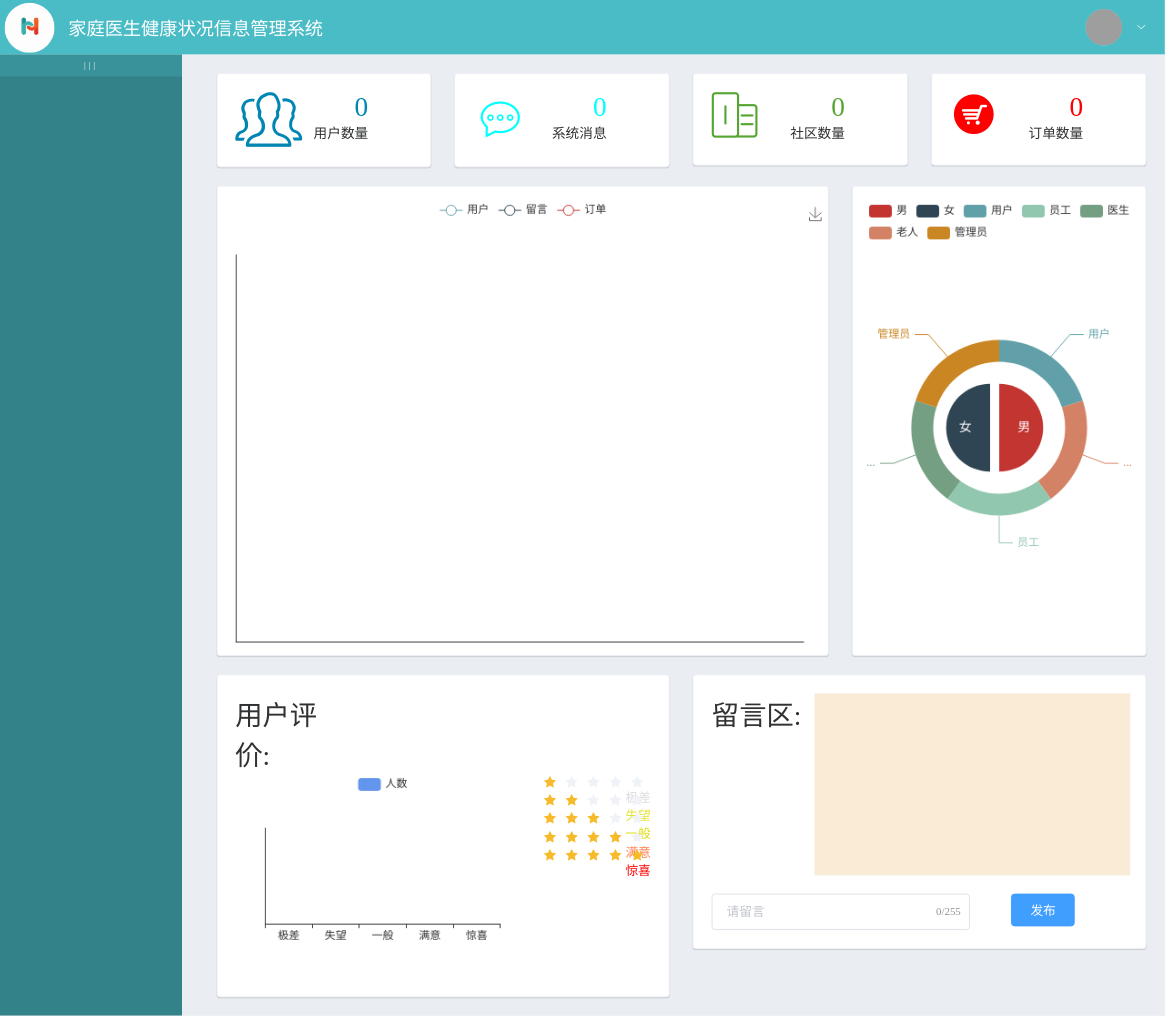
Repository: hyyBubbly/community-web-vue
Page: /#/home (app in community/)
The author's editor kept a copy of each file at every save. The page is drawn from the files as they stood at one save, then again after the next save.
The browser window is 1280 px wide. The pictures show the whole page, at 91% of full size.
Pictures or frames that could not be fetched are drawn as grey boxes. The page's requests for data from a server got no answer. The project was rebuilt for these pictures with package versions that can differ from the ones it lists, and the page was loaded fresh each time. No one was signed in, and anything a server would have sent is missing. Also part of the build but not shown: community/vue.config.js, community/src/components/Login.vue, community/src/components/User/UserList.vue, community/src/components/admin/WorkerList.vue, community/src/components/community/CommunityList.vue, community/src/components/healthfiles/HealthyData.vue, community/src/components/healthfiles/Healthiness.vue, community/src/components/User/OlderInfoList.vue and 13 more.

Above is the page before, as saved 2024-02-01 18:36:40.

### community/src/App.vue
<template>
  <div id="app">
    <router-view></router-view>
  </div>
</template>
<script>
  // export default {
  //   name: 'App',
  //   provide(){
  //     return {
  //       reload: this.reload
  //     }
  //   },
  //   data(){
  //     return {
  //       isRouterAlive: true
  //     }
  //   },
  //   methods:{
  //     reload() {
  //       this.isRouterAlive = false;
  //       this.$nextTick(function (){
  //         this.isRouterAlive = true
  //       })
  //     }
  //   }
  // }
</script>
<style>

</style>

### community/src/assets/css/global.css
/* 全局样式 */
HTML,body,#app{
	height: 100%;
	margin: 0;
	padding: 0;
}
/* 卡片区域  !important 提高样式级别*/
.el-card{
	box-shadow: 0 1px 1px rgba(0,8,10,0.15) !important;
}

/*表格样式*/
.el-table{
	margin-top: 15px;
	font-size: 12px;
	min-width: 350px;
}

### community/src/assets/font/iconfont.css
@font-face {
  font-family: "iconfont"; /* Project id 3270408 */
  src: url('iconfont.woff2?t=1652753196788') format('woff2'),
       url('iconfont.woff?t=1652753196788') format('woff'),
       url('iconfont.ttf?t=1652753196788') format('truetype');
}

.iconfont {
  font-family: "iconfont" !important;
  font-size: 16px;
  font-style: normal;
  -webkit-font-smoothing: antialiased;
  -moz-osx-font-smoothing: grayscale;
}

.icon-huoyuedu:before {
  content: "\e607";
}

.icon-xiaoqushu:before {
  content: "\e6df";
}

.icon-fangwenliang:before {
  content: "\e646";
}

.icon-duzheliuyan:before {
  content: "\e604";
}

.icon-hudongshequ:before {
  content: "\e62f";
}

.icon-huoyueshu:before {
  content: "\e702";
}

.icon-community:before {
  content: "\e61c";
}

.icon-shujujiance:before {
  content: "\e683";
}

.icon-huzhu:before {
  content: "\e778";
}

.icon-denglu:before {
  content: "\e603";
}

.icon-mima:before {
  content: "\e65c";
}

.icon-gouwuche:before {
  content: "\e600";
}

.icon-2jiankangzhishi:before {
  content: "\e622";
}

.icon-huodong:before {
  content: "\e630";
}

.icon-canyinguanli:before {
  content: "\e624";
}

.icon-huodong1:before {
  content: "\e870";
}

.icon-jiankangdanganx:before {
  content: "\e60d";
}

.icon-yiliaohuzhu:before {
  content: "\e686";
}

.icon-yonghu:before {
  content: "\e633";
}

.icon-guanliyuan:before {
  content: "\e62a";
}

.icon-guanliyuan1:before {
  content: "\e681";
}

.icon-menu_lrkh:before {
  content: "\e656";
}

.icon-shequ:before {
  content: "\e663";
}

### community/src/components/Welcome.vue
<template>
  <div style="height: 100%">
    <el-row :gutter="25" style="margin-left: 5px;">
      <el-col :span="6">
        <el-card style="height: 102px;">
			<el-col :span="6" style="height: 60px;padding: 0;">
				<i class="iconfont icon-fangwenliang" style="font-size: 60px;color: #0086B3;"></i>
			</el-col>
			<el-col :span="12" style="text-align: right;height: 55px;padding: 0;">
				<el-row>
					<span style="font-size: 30px; color: #0086B3;">{{userNumber}}</span>
				</el-row>
				<el-row>
					<span style="font-weight: 200;font-size: 15px; font-family: 楷体;">用户数量</span>
				</el-row>
			</el-col>
        </el-card>
      </el-col>
      <el-col :span="6">
        <el-card style="height: 102px;">
			<el-col :span="6" style="height: 60px;padding: 0;">
				<i class="iconfont icon-duzheliuyan" style="font-size: 60px;color:cyan;"></i>
			</el-col>
			<el-col :span="12" style="text-align: right;height: 55px;padding: 0;">
				<el-row>
					<span style="font-size: 30px; color: cyan;">{{newsNumber}}</span>
				</el-row>
				<el-row>
					<span style="font-weight: 200;font-size: 15px; font-family: 楷体;">系统消息</span>
				</el-row>
			</el-col>
        </el-card>
      </el-col>
      <el-col :span="6">
        <el-card>
			<el-col :span="6" style="height: 80px;padding: 0;">
				<i class="iconfont icon-xiaoqushu" style="font-size: 50px;color:#55A532;"></i>
			</el-col>
			<el-col :span="12" style="text-align: right;height: 55px;padding: 0;">
				<el-row>
					<span style="font-size: 30px; color: #55A532;">{{communityNumber}}</span>
				</el-row>
				<el-row>
					<span style="font-weight: 200;font-size: 15px; font-family: 楷体;">社区数量</span>
				</el-row>
			</el-col>
        </el-card>
      </el-col>
      <el-col :span="6">
        <el-card>
			<el-col :span="6" style="height: 80px;padding: 0;">
				<i class="iconfont icon-gouwuche" style="font-size: 50px;color:#FF0000;"></i>
			</el-col>
			<el-col :span="12" style="text-align: right;height: 55px;padding: 0;">
				<el-row>
					<span style="font-size: 30px; color: #FF0000;">{{orderNumber}}</span>
				</el-row>
				<el-row>
					<span style="font-weight: 200;font-size: 15px; font-family: 楷体;">订单数量</span>
				</el-row>
			</el-col>
        </el-card>
      </el-col>
    </el-row>
    <el-row :gutter="25" style="margin-top: 20px;margin-left: 5px;">
      <el-col :span="16">
        <el-card id="container" style="height: 500px;padding-top: 15px">
        </el-card>
      </el-col>
      <el-col :span = "8">
        <el-card id = "pie" style="height: 500px;padding-top: 15px"></el-card>
      </el-col>
    </el-row>
    <el-row :gutter="25" style="margin-top: 20px;margin-left: 5px;">
      <el-col :span="12">
        <el-card>
          <el-row :gutter="5">
            <el-col :span="6" style="font-size: 30px;font-family: 楷体;">用户评价:</el-col>
            <!-- <el-col :span="7" style="margin-top: 15px"><el-rate v-model="value" show-text></el-rate></el-col> -->
          </el-row>
          <el-row :gutter="5">
            <el-col :span="17" id="bar" style="height: 225px"></el-col>
            <el-col :span="7" style="text-align: right">
              <el-rate v-model="value1" disabled show-text text-color="#dcdcdc"></el-rate>
              <el-rate v-model="value2" disabled show-text text-color="#dd1d"></el-rate>
              <el-rate v-model="value3" disabled show-text text-color="#dddd11"></el-rate>
              <el-rate v-model="value4" disabled show-text text-color="coral"></el-rate>
              <el-rate v-model="value5" disabled show-text text-color="red"></el-rate>
            </el-col>
          </el-row>
        </el-card>
      </el-col>
      <el-col :span="12">
        <el-card>
			<el-row :gutter="5">
				<el-col :span="6" style="font-size: 30px;font-family: 楷体;">留言区:</el-col>
				<el-col :span="18" class = "marquee-wrap">
					<ul class="marquee-list" :class="{'animate-up': animateUp}">
					      <li v-for="(item, index) in listData" :key="index">{{item.createTime}} {{item.username}}: {{item.news}}</li>
					</ul>
				</el-col>
			</el-row>
			<el-row :gutter="5" style="margin-top: 20px;">
				<el-col :span="15">
					<el-input placeholder="请留言" v-model="newsForm.news" clearable maxlength="255" show-word-limit></el-input>
				</el-col>
				<el-col :span="6" style="text-align: right;">
					<el-button type="primary" size="medium" @click="submit">发布</el-button>
				</el-col>
			</el-row>
        </el-card>
      </el-col>
    </el-row>
  </div>

</template>

<script>

export default {
  name: '',
  data(){
    return{
      value:null,
      value1:1,
      value2:2,
      value3:3,
      value4:4,
      value5:5,
	    animateUp: false,
	    listData: [],
	    listNews:[],
	    timer:null,
	    userNumber:0,
	    newsNumber:0,
	    communityNumber:0,
      orderNumber:0,
	    newsForm:{
        username:"",
        news:""
      },
	    male:0,
	    female:0,
	    user:0,
	    worker:0,
	    admin:0,
	    older:0,
	    doctor:0,
      barList:{
        veryPoor:"",
        disappointed:"",
        generally:"",
        satisfy:"",
        surprise:""
      },
      dataX:[],
      dataUserY:[],
      dataNewsY:[],
      dataOrderY:[],
      stackList:[{
        loginTime:"",
        newsCount:0,
        orderCount:0,
        userCount:0
      }],
    }
  },
  created() {
  	this.getNumber()
	this.getNewsList()
	this.getPieCount()
	this.getBarCount()
    this.getStackedList()
  },
  methods:{

    async getStackedList(){
      this.dataX = []
      const{data:res} = await this.$http.get("/System/stackedList")
      this.stackList = res;
      for (let i = 0; i < this.stackList.length; i++) {
        this.dataX.push(this.$moment(this.stackList[i].loginTime).format('YYYY/MM/DD'))
        this.dataNewsY.push(this.stackList[i].newsCount)
        this.dataOrderY.push(this.stackList[i].orderCount)
        this.dataUserY.push(this.stackList[i].userCount)
      }
      this.stackCharts();
    },

	  async getBarCount(){
		  const{data:res} = await this.$http.get("/assess/count")
      this.barList.veryPoor = res.veryPoor;
      this.barList.disappointed = res.disappointed;
      this.barList.generally = res.generally
      this.barList.satisfy = res.satisfy
      this.barList.surprise = res.surprise
      this.barCharts();
	  },
	  async getPieCount(){
		const{data:res} = await this.$http.get("/Pie/count")
		this.male = res.male
		this.female = res.female
		this.user = res.user
		this.worker = res.worker
		this.admin = res.admin
		this.older = res.older
		this.doctor = res.doctor
		this.pieChart()
	  },
	  async getNumber(){
		 const{data:res} = await this.$http.get("/System/number")
		 this.userNumber = res.userNumber;
		 this.communityNumber = res.communityNumber;
		 this.newsNumber = res.newsNumber;
     this.orderNumber = res.orderNumber;
	  },
	  async submit(){
		if(this.newsForm.news ===''||this.newsForm.news === null){
			return this.$message.error("留言不能为空！！！")
		}
		this.newsForm.username = window.sessionStorage.getItem("workName");
		const{data:res} = await this.$http.post("/System/news",this.newsForm)
		if(res !== "success"){
			return this.$message.error("发布失败！！！")
		}
		this.$message.success("发布成功！！！")
		await this.getNumber()
		await this.getNewsList()
		await this.getStackedList()
		this.newsForm.news = null;
	  },
	  async getNewsList(){
		const{data:res} = await this.$http.get("/System/list")
		this.listData = res;
		for(let i = 0;i<this.listData.length;i++){
			this.listData[i].createTime = this.$moment(this.listData[i].createTime).utc().format("YYYY/MM/DD HH:mm:ss")
		}

	  },
	  //滚动评论区
	  scrollAnimate(){
		  this.animateUp = true
		  setTimeout(() =>{
			  this.listData.push(this.listData[0])
			  this.listData.shift()
			  this.animateUp = false
		  },500)
	  },
	  destroyed(){
		  clearInterval(this.timer)
	  },
	  //饼状图区
    pieChart(){
      const chart = this.$echarts.init(document.getElementById("pie"));
      const option = {
        tooltip: {
          trigger: 'item',
          formatter: '{a} <br/>{b}: {c} ({d}%)'
        },
        legend: {
          data: [
            '男',
            '女',
            '用户',
            '员工',
            '医生',
            '老人',
            '管理员'
          ]
        },
        series: [
          {
            name:'性别',
            type: 'pie',
            selectedMode: 'single',
            radius: [0, '30%'],
            label: {
              position: 'inner',
              fontSize: 14
            },
            labelLine: {
              show: false
            },
            data: [
              { value: this.male, name: '男' },
              { value: this.female, name: '女', selected: true }
            ]
          },
          {
            name: '用户类别',
            type: 'pie',
            radius: ['45%', '60%'],
            labelLine: {
              length: 30
            },
            data: [
              { value: this.user, name: '用户'},
              { value: this.older, name: '老人' },
              { value: this.worker, name: '员工' },
              { value: this.doctor, name: '医生' },
              { value: this.admin, name: '管理员' },
            ]
          }
        ]
      };
      if(option && typeof option === 'object'){
        chart.setOption(option)
      }
      window.onresize = function(){
		  chart.resize()
	  }
    },
    stackCharts(){
      const charts = this.$echarts.init(document.getElementById("container"));
      const option =  {
        title: {
        },
        tooltip: {
          trigger: 'axis',
          axisPointer: {
            type: 'cross',
            label: {
              backgroundColor: '#6a7985'
            }
          }
        },
        legend: {
          data: ['用户', '留言', '订单']
        },
        toolbox: {
          feature: {
            saveAsImage: {}
          }
        },
        grid: {
          left: '3%',
          right: '4%',
          bottom: '3%',
          containLabel: true
        },
        xAxis: [
          {
            type: 'category',
            boundaryGap: false,
            data: this.dataX,
          }
        ],
        yAxis: [
          {
            type: 'value'
          }
        ],
        series: [
          {
            name: '订单',
            type: 'line',
            stack: 'Total',
            areaStyle: {},
			smooth: true,
            emphasis: {
              focus: 'series'
            },
            data: this.dataOrderY
          },
          {
            name: '留言',
            type: 'line',
            stack: 'Total',
            areaStyle: {},
			smooth: true,
            emphasis: {
              focus: 'series'
            },
            data: this.dataNewsY
          },
          {
            name: '用户',
            type: 'line',
            stack: 'Total',
			smooth: true,
            label: {
              show: true,
              position: 'top'
            },
            areaStyle: {},
            emphasis: {
              focus: 'series'
            },
            data: this.dataUserY
          }
        ]
      };
      if (option && typeof option === 'object') {
        charts.setOption(option);
      }
      window.onresize = function(){
	  		  charts.resize()
	  }
    },
    barCharts(){
      // 基于准备好的dom，初始化echarts实例
      const myChart = this.$echarts.init(document.getElementById('bar'));

      // 指定图表的配置项和数据
      const option = {
        title: {
        },
        tooltip: {},
        legend: {
          data:['人数'],
        },
        xAxis: {
          data: ["极差","失望","一般","满意","惊喜"]
        },
        yAxis: {},
        series: [{
          name: '人数',
          type: 'bar',
		  itemStyle:{
			  color: 'cornflowerblue'
		  },
          data: [this.barList.veryPoor,this.barList.disappointed,this.barList.generally,this.barList.satisfy,this.barList.surprise]
        }]
      };
      // 使用刚指定的配置项和数据显示图表。
      myChart.setOption(option);
	    window.onresize = function(){
        myChart.resize()
      }
    }

  },
  mounted(){
    this.$nextTick(function() {
	  this.timer = setInterval(this.scrollAnimate, 1500);
    this.stackCharts();
    this.pieChart();
    this.barCharts();
    })
  }
}
</script>

<style lang="less" scoped>
.marquee-wrap  {
  height: 200px;
  border-radius: 0px;
  background:antiquewhite;
  margin: 0 0;
  overflow: hidden;
  .marquee-list {
    li {
      width: 100%;
      height: 100%;
      text-overflow: ellipsis;
      overflow: hidden;
      white-space: nowrap;
      padding: 0 0px;
      list-style: none;
      line-height: 30px;
      text-align: left;
      color: #0086B3;
      font-size: 18px;
      font-weight: 300;
    }
  }
  .animate-up {
    transition: all 0.5s ease-in-out;
    transform: translateY(-40px);
  }
}



</style>

Loaded but not shown: community/public/index.html (common file); community/src/plugins/element.js (common file); community/src/router/index.js (149 lines, source omitted); community/src/main.js (29 lines, source omitted); community/src/components/Home.vue (271 lines, source omitted)

After the next save:
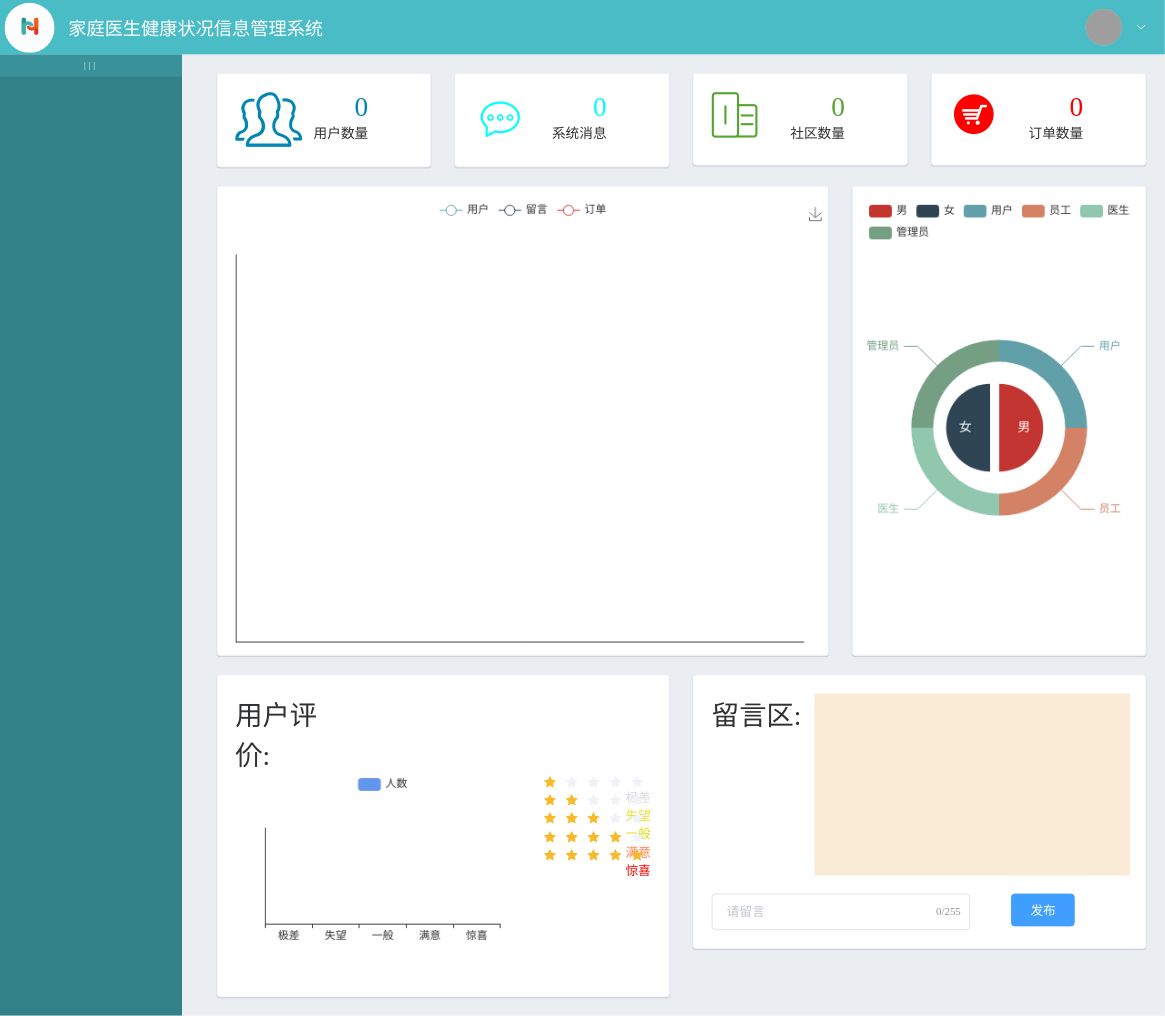
Saved 9 min 24 s later.
--- a/community/src/components/Welcome.vue
+++ b/community/src/components/Welcome.vue
@@ -264,7 +264,7 @@ export default {
             '用户',
             '员工',
             '医生',
-            '老人',
+            // '老人',
             '管理员'
           ]
         },
@@ -295,7 +295,7 @@ export default {
             },
             data: [
               { value: this.user, name: '用户'},
-              { value: this.older, name: '老人' },
+              // { value: this.older, name: '老人' },
               { value: this.worker, name: '员工' },
               { value: this.doctor, name: '医生' },
               { value: this.admin, name: '管理员' },
